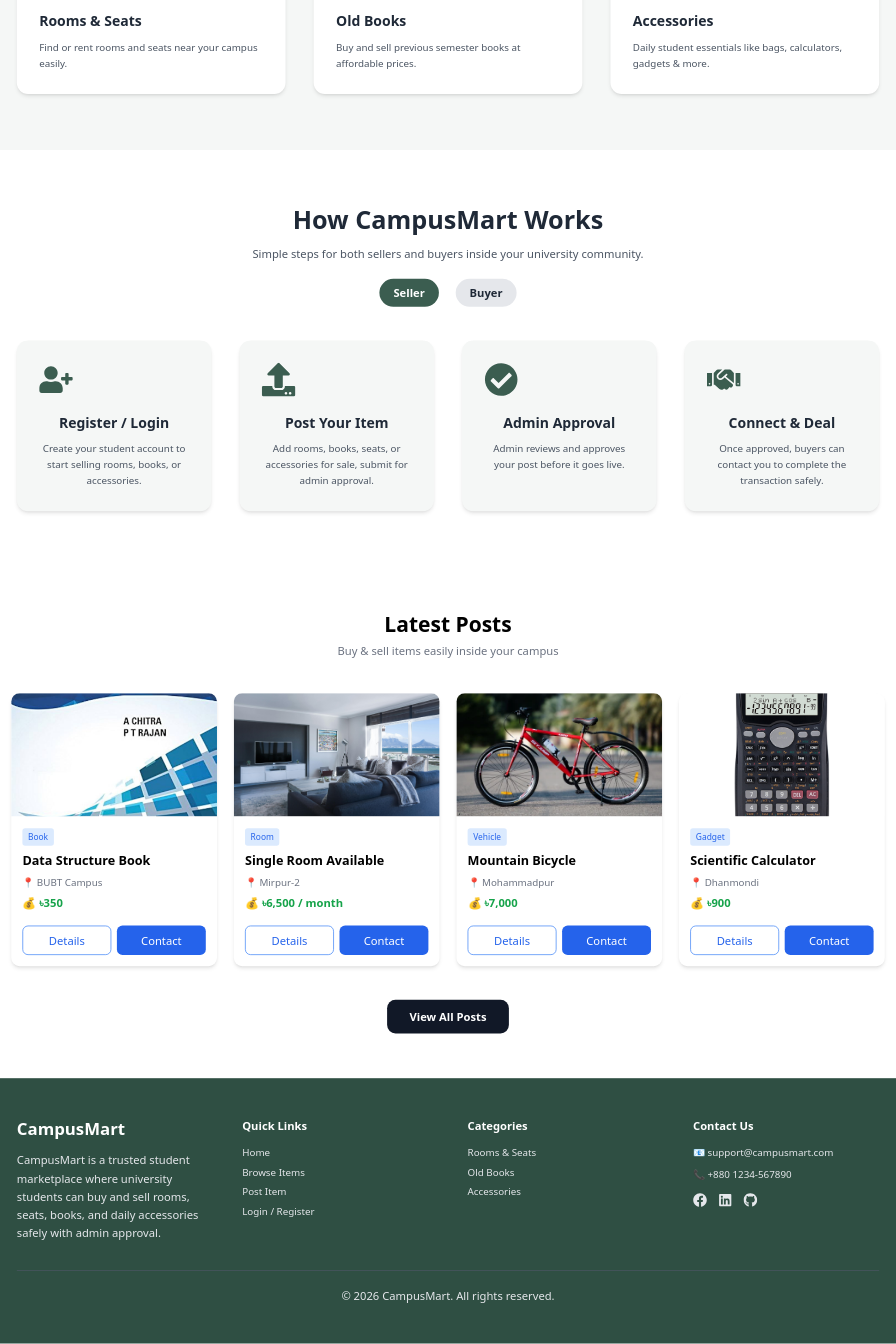
Repository: jahidhasanri/CAMPUSMART
Page: /
The author's editor kept a copy of each file at every save. The page is drawn from the files as they stood at one save, then again after the next save.
The browser window is 1280 px wide. The pictures show the part of the page from y = 965 to 2885 px (the page is 2885 px tall), at 70% of full size.
The project was rebuilt for these pictures with package versions that can differ from the ones it lists, and the page was loaded fresh each time. Also part of the build but not shown: vite.config.js, src/Pages/Login.jsx, src/Pages/Register.jsx.

Above is the page before, as saved 2026-01-14 00:25:49.

After the next save:
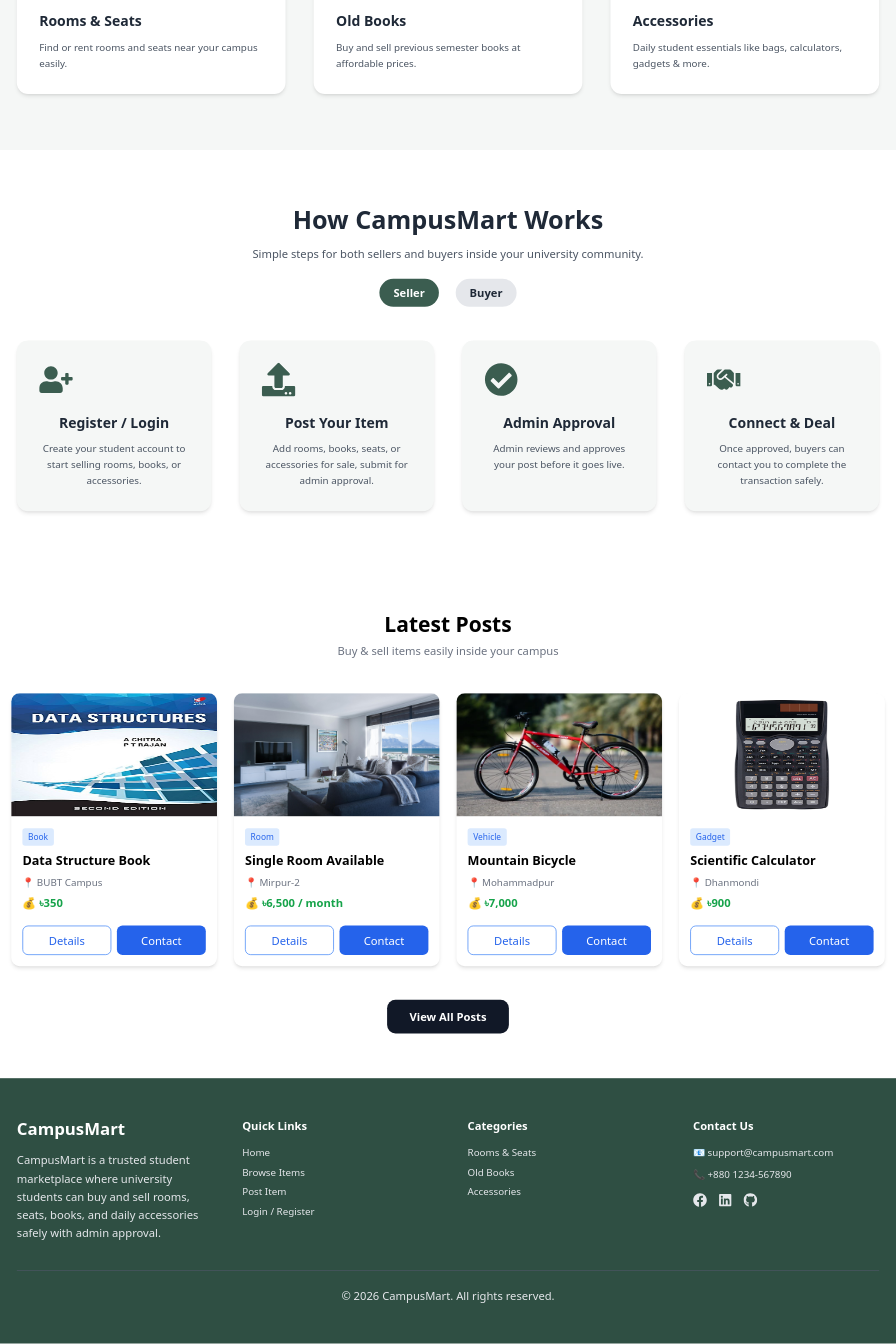
Saved 8 s later.
--- a/src/components/Posts.jsx
+++ b/src/components/Posts.jsx
@@ -74,7 +74,7 @@ const Posts = () => {
             <img
               src={post.img}
               alt={post.title}
-              className="h-44 w-full object-cover rounded-t-xl"
+              className="h-44 w-full  rounded-t-xl"
             />
 
             <div className="p-4 space-y-2">
